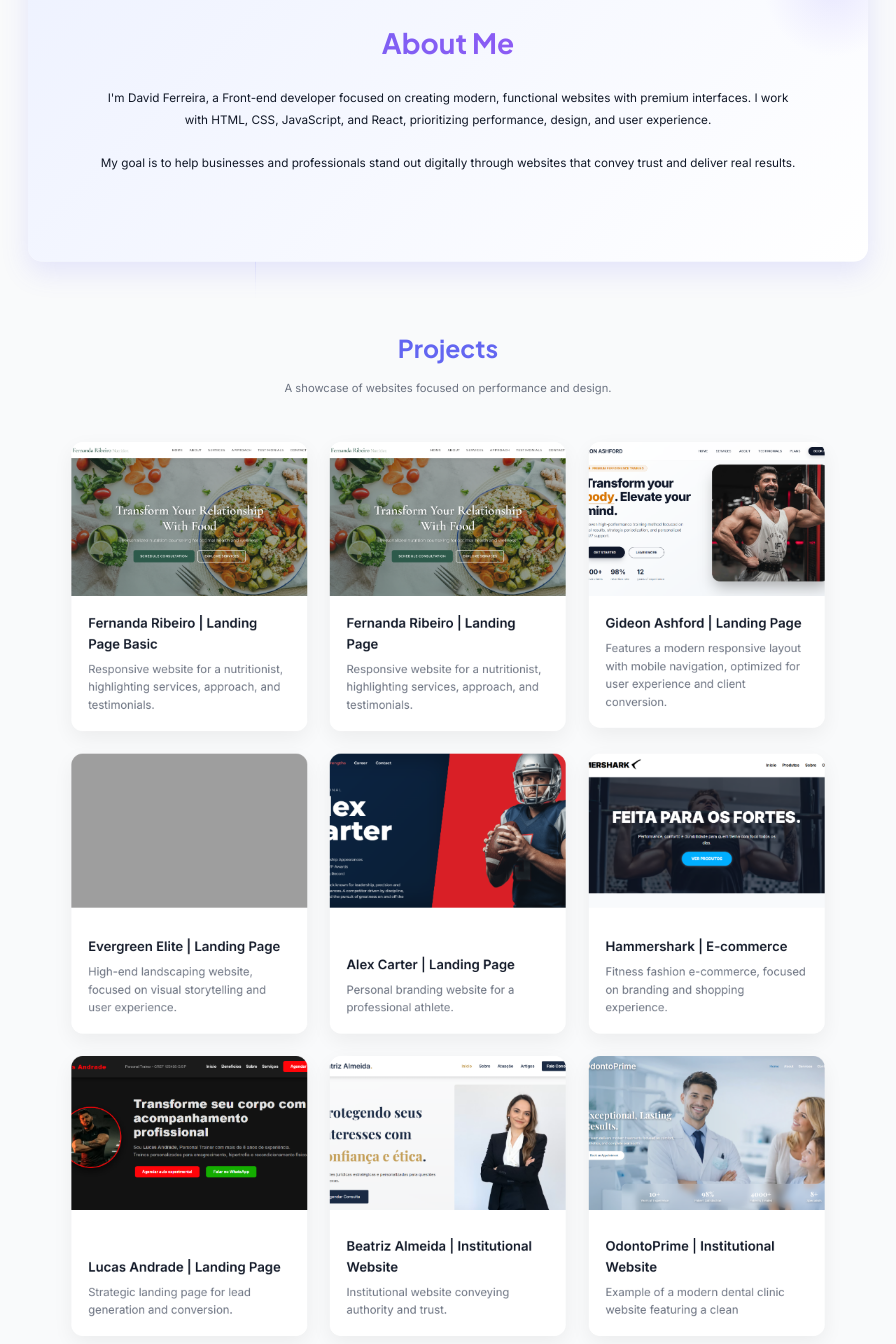
Repository: davidfsillva/portifolio
Page: index.html
The author's editor kept a copy of each file at every save. The page is drawn from the files as they stood at one save, then again after the next save.
The browser window is 1280 px wide. The pictures show the part of the page from y = 851 to 2771 px (the page is 3822 px tall), at 70% of full size.
Pictures or frames that could not be fetched are drawn as grey boxes.

Above is the page before, as saved 2026-02-21 17:33:26.
Console error: TypeError: Cannot read properties of null (reading 'addEventListener')

### index.html
<!DOCTYPE html>
<html lang="en">
<head>
    <meta charset="UTF-8">
    <meta name="viewport" content="width=device-width, initial-scale=1.0">

    <title>David Ferreira | Front-end Developer & Premium UI Designer</title>

    <!-- Primary SEO -->
    <meta name="description" content="David Ferreira is a front-end developer specialized in premium interfaces, high-conversion landing pages, and modern digital experiences.">
    <meta name="keywords" content="Front-end Developer, Web Designer, UI Designer, Landing Page, Web Development, Freelancer Brazil">
    <meta name="author" content="David Ferreira">
    <meta name="robots" content="index, follow">
    <link rel="canonical" href="https://davidfsillva.github.io/portifolio/">

    <!-- Open Graph (Facebook, LinkedIn) -->
    <meta property="og:title" content="David Ferreira | Premium Front-end Developer">
    <meta property="og:description" content="High-standard digital interfaces focused on performance and conversion.">
    <meta property="og:image" content="https://yourdomain.com/preview.jpg">
    <meta property="og:url" content="https://davidfsillva.github.io/portifolio/">
    <meta property="og:type" content="website">

    <!-- Twitter Card -->
    <meta name="twitter:card" content="summary_large_image">
    <meta name="twitter:title" content="David Ferreira | Web Developer">
    <meta name="twitter:description" content="Premium web development focused on performance and modern design.">
    <meta name="twitter:image" content="https://yourdomain.com/preview.jpg">

    <!-- Favicon -->
    <link rel="icon" href="img/icon.png" type="image/x-icon">

    <!-- Fonts -->
    <link href="https://fonts.googleapis.com/css2?family=Inter:wght@300;400;600&family=Plus+Jakarta+Sans:wght@700;800&display=swap" rel="stylesheet">

    <!-- Font Awesome -->
    <link rel="stylesheet" href="https://cdnjs.cloudflare.com/ajax/libs/font-awesome/6.5.0/css/all.min.css" integrity="sha512-..." crossorigin="anonymous" referrerpolicy="no-referrer" />

    <link rel="stylesheet" href="style.css">
</head>

<body>

    <!-- NAVBAR -->
    <nav class="navbar">
        <div class="logo"><a href="#">David | Web Developer<span>.</span></a></div>

        <ul class="nav-links">
            <li><a href="#about">About</a></li>
            <li><a href="#portfolio">Projects</a></li>
            <li><a href="#contact" class="btn-sm">Contact</a></li>
        </ul>
    </nav>

    <!-- HERO -->
    <section class="hero">
        <div class="hero-content">
            <h1>Creating high-level digital <span> with code experiences</span></h1>
            <p>Front-end developer specialized in high-standard interfaces and landing pages focused on results.</p>
            <div class="hero-btns">
                <a href="#portfolio" class="btn-primary">See Projects</a>
                <a href="#contact" class="btn-secondary">Let's Talk</a>
            </div>
        </div>
        <div class="hero-visual">
            <div class="hero-glow"></div>
        </div>
    </section>

    <!-- ABOUT -->
    <section id="about" class="section">
        <h2>About Me</h2>
        <p>I'm David Ferreira, a Front-end developer focused on creating modern, functional websites with premium interfaces. I work with HTML, CSS, JavaScript, and React, prioritizing performance, design, and user experience.</p>
        <p>My goal is to help businesses and professionals stand out digitally through websites that convey trust and deliver real results.</p>
    </section>

    <!-- PORTFOLIO -->
    <section id="portfolio" class="portfolio">
        <div class="section-header">
            <h2>Projects</h2>
            <p>A showcase of websites focused on performance and design.</p>
        </div>
        <div class="portfolio-grid">

                                    <!--Project 10-->
            <a href="https://davidfsillva.github.io/Jason-Brooks/" target="_blank" class="project-link">
                <div class="project-card">
                    <div class="card-image">
                        <img src="img/nutri.png" alt="Gideon Ashford">
                        <div class="card-overlay"><span>View Details</span></div>
                    </div>
                    <div class="card-info">
                        <h3>Fernanda Ribeiro | Landing Page Basic</h3>
                        <p>Responsive website for a nutritionist, highlighting services, approach, and testimonials.</p>
                    </div>
                </div>
            </a>

                                    <!--Project 9-->
            <a href="https://davidfsillva.github.io/Fernanda-Ribeiro/" target="_blank" class="project-link">
                <div class="project-card">
                    <div class="card-image">
                        <img src="img/nutri.png" alt="Gideon Ashford">
                        <div class="card-overlay"><span>View Details</span></div>
                    </div>
                    <div class="card-info">
                        <h3>Fernanda Ribeiro | Landing Page</h3>
                        <p>Responsive website for a nutritionist, highlighting services, approach, and testimonials.</p>
                    </div>
                </div>
            </a>

                                    <!--Project 8-->
            <a href="https://davidfsillva.github.io/Gideon-Ashford/" target="_blank" class="project-link">
                <div class="project-card">
                    <div class="card-image">
                        <img src="img/gideon.png" alt="Gideon Ashford">
                        <div class="card-overlay"><span>View Details</span></div>
                    </div>
                    <div class="card-info">
                        <h3>Gideon Ashford | Landing Page</h3>
                        <p>Features a modern responsive layout with mobile navigation, optimized for user experience and client conversion.</p>
                    </div>
                </div>
            </a>

            <!-- Project 6 -->
            <a href="https://davidfsillva.github.io/Evergreen-Elite-Landscaping/" target="_blank" class="project-link">
                <div class="project-card">
                    <div class="card-image">
                        <img src="img/lndg.png" alt="Alex Carter Project">
                        <div class="card-overlay"><span>View Details</span></div>
                    </div>
                    <div class="card-info">
                        <h3>Evergreen Elite | Landing Page</h3>
                        <p>High-end landscaping website, focused on visual storytelling and user experience.</p>
                    </div>
                </div>
            </a>

            <!-- Project 1 -->
            <a href="https://davidfsillva.github.io/Alex-Carter/" target="_blank" class="project-link">
                <div class="project-card">
                    <div class="card-image">
                        <img src="img/alex.png" alt="Alex Carter Project">
                        <div class="card-overlay"><span>View Details</span></div>
                    </div>
                    <div class="card-info">
                        <h3>Alex Carter | Landing Page</h3>
                        <p>Personal branding website for a professional athlete.</p>
                    </div>
                </div>
            </a>

            <!-- Project 2 -->
            <a href="https://davidfsillva.github.io/e-hammershark/" target="_blank" class="project-link">
                <div class="project-card">
                    <div class="card-image">
                        <img src="img/ecomerce.png" alt="Hammershark Project">
                        <div class="card-overlay"><span>View Details</span></div>
                    </div>
                    <div class="card-info">
                        <h3>Hammershark | E-commerce</h3>
                        <p>Fitness fashion e-commerce, focused on branding and shopping experience.</p>
                    </div>
                </div>
            </a>

            <!-- Project 3 -->
            <a href="https://davidfsillva.github.io/landing-page/" target="_blank" class="project-link">
                <div class="project-card">
                    <div class="card-image">
                        <img src="img/landingpage.png" alt="Landing Page Project">
                        <div class="card-overlay"><span>View Details</span></div>
                    </div>
                    <div class="card-info">
                        <h3>Lucas Andrade | Landing Page</h3>
                        <p>Strategic landing page for lead generation and conversion.</p>
                    </div>
                </div>
            </a>

            <!-- Project 4 -->
            <a href="https://davidfsillva.github.io/beatriz-almeida-adv/" target="_blank" class="project-link">
                <div class="project-card">
                    <div class="card-image">
                        <img src="img/adv.png" alt="Beatriz Almeida Law Firm Project">
                        <div class="card-overlay"><span>View Details</span></div>
                    </div>
                    <div class="card-info">
                        <h3>Beatriz Almeida | Institutional Website</h3>
                        <p>Institutional website conveying authority and trust.</p>
                    </div>
                </div>
            </a>

                        <!-- Project 7 -->
            <a href="https://davidfsillva.github.io/OdontoPrime/" target="_blank" class="project-link">
                <div class="project-card">
                    <div class="card-image">
                        <img src="img/odonto.png" alt="Beatriz Almeida Law Firm Project">
                        <div class="card-overlay"><span>View Details</span></div>
                    </div>
                    <div class="card-info">
                        <h3>OdontoPrime | Institutional Website</h3>
                        <p>Example of a modern dental clinic website featuring a clean</p>
                    </div>
                </div>
            </a>

            <!-- Project 5 -->
            <a href="https://davidfsillva.github.io/Hailey-Reed-Coaching/" target="_blank" class="project-link">
                <div class="project-card">
                    <div class="card-image">
                        <img src="img/Hailey.png" alt="Beatriz Almeida Law Firm Project">
                        <div class="card-overlay"><span>View Details</span></div>
                    </div>
                    <div class="card-info">
                        <h3>Hailey Reed | Landing Page </h3>
                        <p>Modern, responsive landing page designed to showcase personal training services and drive direct conversions.</p>
                    </div>
                </div>
            </a>
        </div>
    </section>

    <!-- CTA / CONTACT -->
    <section id="contact" class="cta-section">
        <h2>Ready to elevate your digital presence?</h2>
        <p>Turn your idea into a high-standard digital interface.</p>
        <a href="https://wa.me/5511990242453" target="_blank" class="btn-whatsapp">Start a WhatsApp Conversation</a>
    </section>

    <!-- FOOTER -->
    <footer>
        <div class="footer-content">
            <p>&copy; 2026 David Ferreira. All rights reserved.</p>
            <div class="social-links">
                <a href="mailto:davidfsillva@icloud.com" target="_blank" rel="noopener noreferrer"><i class="fa-solid fa-envelope"></i></a>
                <a href="https://www.instagram.com/david_websites?igsh=MWdmZWJ3MW80N3JsNQ==" target="_blank" rel="noopener noreferrer"><i class="fa-brands fa-instagram"></i></a>
            </div>
        </div>
    </footer>

    <script src="scripts.js"></script>
</body>
</html>

Loaded but not shown: scripts.js (103 lines, source omitted); style.css (643 lines, source omitted)

After the next save:
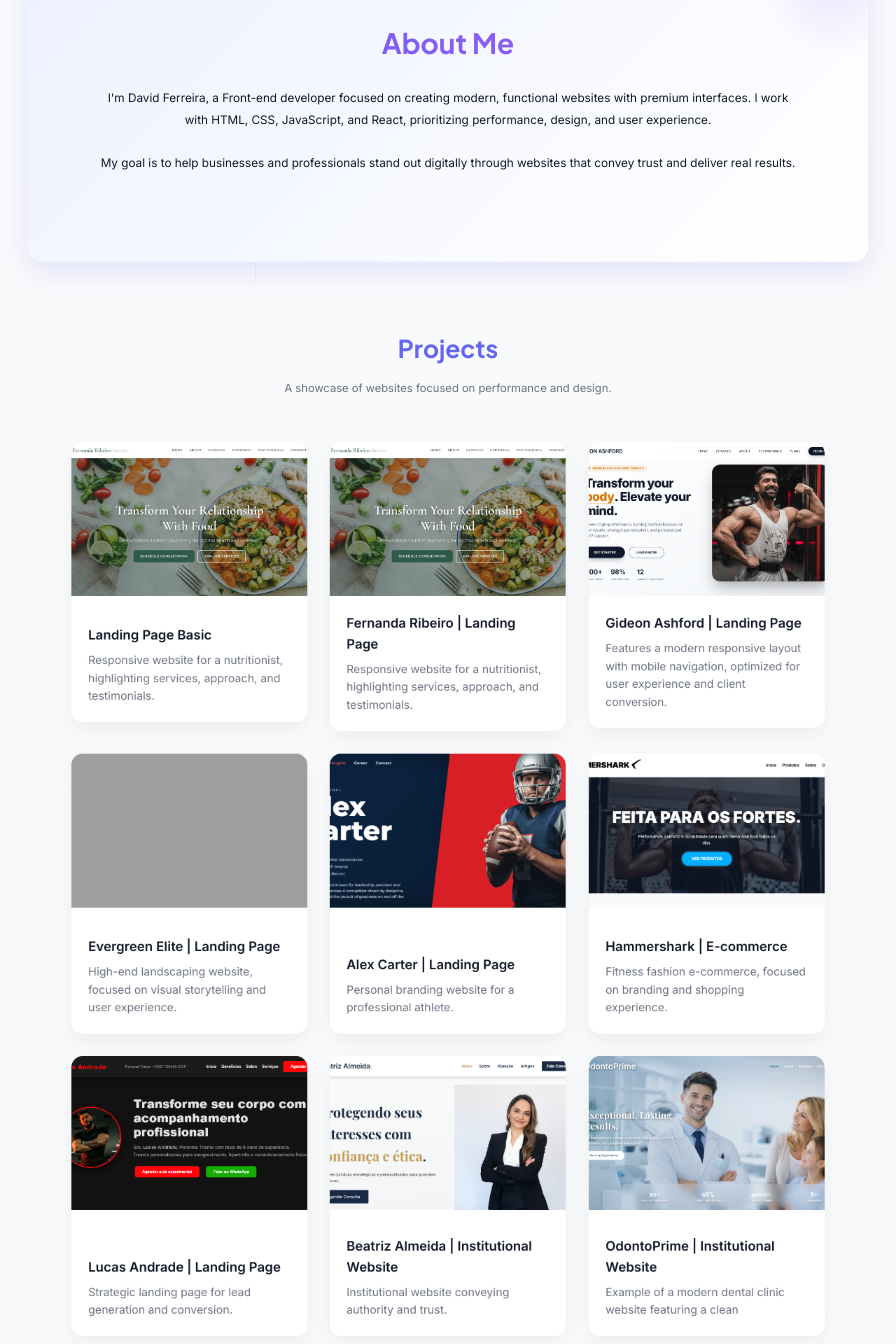
Saved 5 s later.
--- a/index.html
+++ b/index.html
@@ -89,7 +89,7 @@
                         <div class="card-overlay"><span>View Details</span></div>
                     </div>
                     <div class="card-info">
-                        <h3>Fernanda Ribeiro | Landing Page Basic</h3>
+                        <h3>Landing Page Basic</h3>
                         <p>Responsive website for a nutritionist, highlighting services, approach, and testimonials.</p>
                     </div>
                 </div>
